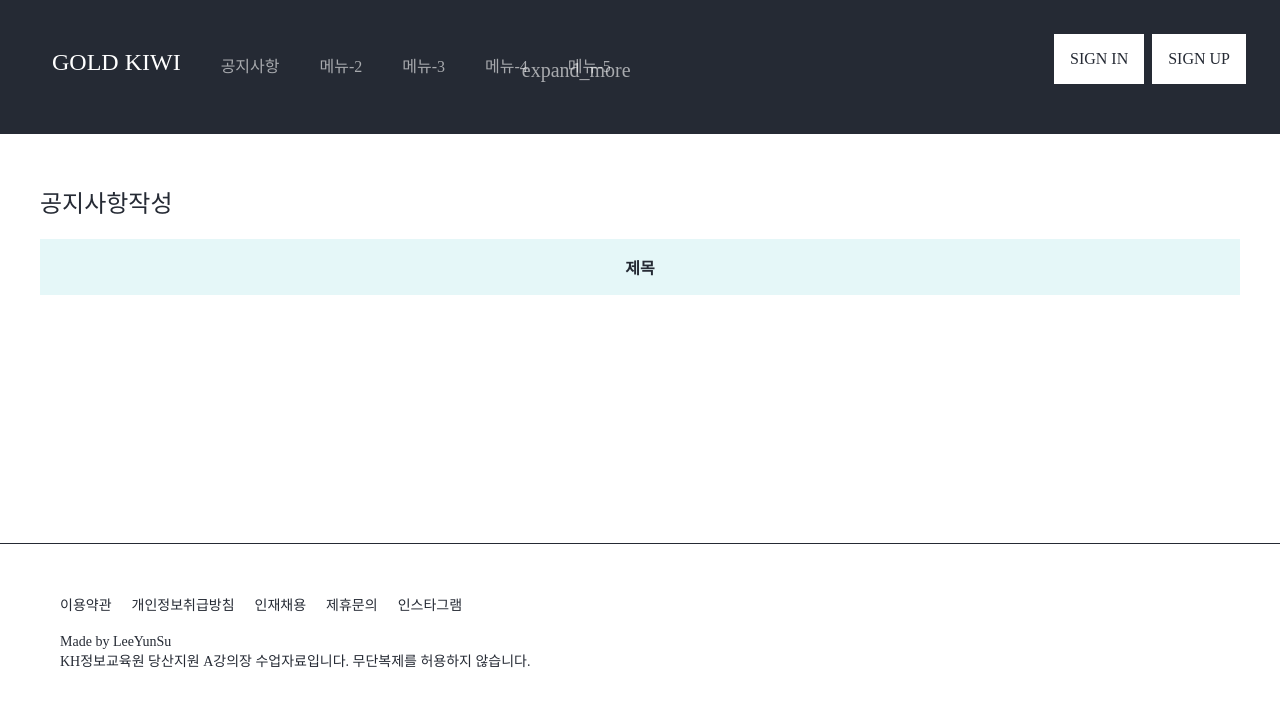
Repository: RiboKim/web-workspace
Page: http://localhost/07_mvc2WebProject/noticeWriteFrm.do
An editor plug-in stored every save of this project. The page is shown before and after the next save, followed by the edit.
The browser window is 1280 px wide. The pictures show the whole page.
Some web fonts or font styles are not loaded; a fallback is used. The page is served by Tomcat 9. Other server files are loaded and not shown.

Above is the page before, as saved 2023-02-16 06:36:16.

### 07_mvc2WebProject/src/main/webapp/WEB-INF/views/notice/noticeWriteFrm.jsp
<%@ page language="java" contentType="text/html; charset=UTF-8"
    pageEncoding="UTF-8"%>
<!DOCTYPE html>
<html>
<head>
<meta charset="UTF-8">
<title>Insert title here</title>
</head>
<body>
	<%@include file="/WEB-INF/views/common/header.jsp" %>
	<div class="page-content">
		<div class="page-title">공지사항작성</div>
		<form action="/noticeWrite.do" method="post" enctype="multipart/form-data"> <!-- 첨부파일이 있는 경우에는 무조건 post -->
			<table class="tbl" id="noticeWrite">
				<tr class="tr-1">
					<th class="td-3">제목</th>
				</tr>
			</table>
		</form>
	</div>
	<%@include file="/WEB-INF/views/common/footer.jsp" %>
</body>
</html>

### 07_mvc2WebProject/src/main/webapp/WEB-INF/views/common/header.jsp
<%@page import="kr.or.iei.member.model.vo.Member"%>
<%@ page language="java" contentType="text/html; charset=UTF-8"
    pageEncoding="UTF-8"%>
    <%
    	Member m = (Member)session.getAttribute("m");
    %>

	<!-- 구글 아이콘 -->
    <link href="https://fonts.googleapis.com/icon?family=Material+Icons" rel="stylesheet">
    <!-- jquery -->
    <script src="/js/jquery-3.6.0.js"></script>
    <!-- 기본 CSS -->
    <link rel="stylesheet" href="/css/default.css" />
    <!-- 기본 js -->
    <script src="/js/default.js"></script>

    <header>
      <div class="site-logo">
        <a href="/">GOLD KIWI</a>
      </div>
      <nav>
        <ul class="navi">
          <li><a href="/noticeList.do">공지사항</a></li>
          <li><a href="#">메뉴-2</a></li>
          <li><a href="#">메뉴-3</a></li>
          <li><a href="#">메뉴-4</a></li>
          <li>
			<a href="#">메뉴-5</a>
            <ul class="sub-navi">
              <li><a href="#">sub-1</a></li>
              <li><a href="#">sub-2</a></li>
              <li><a href="#">sub-3</a></li>
            </ul>
           </li>
        </ul>
      </nav>
      <div class="header-link">
      <%if(m == null){ %>
        <button class="btn bc11 modal-open-btn" target="#login-modal">SIGN IN</button>
        <a class="btn bc11" href="/signupFrm.do">SIGN UP</a>
      <%}else{ %>
      <%--<a class="btn bc11" href="/mypage1.do"><%=m.getMemberName() %></a> --%>
      <%--memberId를 mypage2.do로 넘겨주는거 --%>
      <a class="btn bc11" href="/mypage2.do?memberId=<%=m.getMemberId() %>"><%=m.getMemberName() %></a>

      <a class="btn bc11" href="/logout.do">LOGOUT</a>
      <%} %>
      </div>
    </header>
    <%if(m == null) {%>
    <div id="login-modal" class="modal-bg">
      <div class="modal-wrap">
        <div class="modal-head">
          <h2>SIGN IN</h2>
          <span class="material-icons close-icon modal-close">close</span>
        </div>
        <form action="/signin.do" method="post">
        <div class="modal-content">
          <div class="input-box">
          	<label for="signId">아이디</label>
          	<input type="text" name="signId" id="signId" class="input-form" placeholder="아이디입력">
          </div>
          <div class="input-box">
          	<label for="signPw">비밀번호</label>
          	<input type="password" name="signPw" id="signPw" class="input-form" placeholder="비밀번호입력">
          </div>
          <div class="input-box link-box">
          	<a href="#">아이디/비밀번호 찾기</a>
          </div>
        </div>
        <div class="modal-foot">
          <button type="submit" class="btn bc11">로그인</button>
          <button type="button" class="btn bc1 modal-close">취소</button>
        </div>
        </form>
      </div>
    </div>
    <%}%>

### 07_mvc2WebProject/src/main/webapp/WEB-INF/views/common/footer.jsp
<%@ page language="java" contentType="text/html; charset=UTF-8"
    pageEncoding="UTF-8"%>
	<footer>
      <div class="footer-content">
        <ul>
          <li><a href="#">이용약관</a></li>
          <li><a href="#">개인정보취급방침</a></li>
          <li><a href="#">인재채용</a></li>
          <li><a href="#">제휴문의</a></li>
          <li><a href="#">인스타그램</a></li>
        </ul>
        <p>Made by LeeYunSu</p>
        <p>
          KH정보교육원 당산지원 A강의장 수업자료입니다. 무단복제를 허용하지
          않습니다.
        </p>
      </div>
    </footer>

### 07_mvc2WebProject/src/main/java/kr/or/iei/notice/model/controller/NoticeWriteFrmServlet.java
package kr.or.iei.notice.model.controller;

import java.io.IOException;

import javax.servlet.RequestDispatcher;
import javax.servlet.ServletException;
import javax.servlet.annotation.WebServlet;
import javax.servlet.http.HttpServlet;
import javax.servlet.http.HttpServletRequest;
import javax.servlet.http.HttpServletResponse;

/**
 * Servlet implementation class NoticeWriteFrmServlet
 */
@WebServlet(name = "NoticeWriteFrm", urlPatterns = { "/noticeWriteFrm.do" })
public class NoticeWriteFrmServlet extends HttpServlet {
	private static final long serialVersionUID = 1L;

    /**
     * @see HttpServlet#HttpServlet()
     */
    public NoticeWriteFrmServlet() {
        super();
        // TODO Auto-generated constructor stub
    }

	/**
	 * @see HttpServlet#doGet(HttpServletRequest request, HttpServletResponse response)
	 */
	protected void doGet(HttpServletRequest request, HttpServletResponse response) throws ServletException, IOException {
		//1.인코딩
		//2.값추출
		//3.비즈니스로직
		//4.결과처리
		RequestDispatcher view = request.getRequestDispatcher("/WEB-INF/views/notice/noticeWriteFrm.jsp");
		view.forward(request, response);
	}

	/**
	 * @see HttpServlet#doPost(HttpServletRequest request, HttpServletResponse response)
	 */
	protected void doPost(HttpServletRequest request, HttpServletResponse response) throws ServletException, IOException {
		// TODO Auto-generated method stub
		doGet(request, response);
	}

}

### 07_mvc2WebProject/src/main/webapp/css/default.css
/* 사용할 font 선언 */
@font-face {
  font-family: ns-thin;
  src: url(../font/NotoSansKR-Thin.otf);
}
@font-face {
  font-family: ns-light;
  src: url(../font/NotoSansKR-Light.otf);
}
@font-face {
  font-family: ns-m;
  src: url(../font/NotoSansKR-Medium.otf);
}
@font-face {
  font-family: ns-bold;
  src: url(../font/NotoSansKR-Bold.otf);
}
@font-face {
  font-family: ns-black;
  src: url(../font/NotoSansKR-Black.otf);
}
/*
    사이트 사용 색상
    balck : #252A34
    darkgray : #393E46
    lightgray : #EEEEEE
    dark-mint : #00ADB5
    mint : #08D9D6
    point-red : #FF2E63
    point-pink : #F85F73
    point-violet : #892CDC
*/
/* 전체태그 기본 margin, padding 제거 */
/* 기본 글씨 색 및 폰트 설정 */

* {
  margin: 0;
  padding: 0;
  color: #252a34;
  font-family: ns-m;
}
body {
  display: flex;
  flex-direction: column;
  min-height: 100vh;
}
/* 기본화면 레이아웃 */
a {
  text-decoration: none;
}
header {
  background-color: #252a34;
  padding: 32px;
  display: flex;
  min-width: 1200px;
}
header > *:not(.header-link) {
  float: left;
}
header > .site-logo {
  padding: 0px 20px;
}
header > .site-logo > a {
  color: #fff;
  font-family: ns-bold;
  font-size: 24px;
  line-height: 60px;
}
header > nav {
  flex-grow: 1;
}

header > nav > .navi {
  list-style-type: none;
}
header > nav > .navi > li {
  float: left;
  position: relative;
}
header > nav > .navi > li > a {
  display: block;
  color: rgba(255, 255, 255, 0.6);
  padding: 5px 20px;
  transition-duration: 0.5s;
  line-height: 60px;
}
header > nav > .navi > li:hover > a,
header > nav > .navi > li:hover > a + span {
  color: rgba(255, 255, 255, 1);
}
header > nav > .navi > li:hover > .sub-navi {
  display : block;
}
header > nav .sub-navi {
  position: absolute;
  background-color: #fff;
  list-style-type: none;
  display: none;
  border: 1px solid rgba(0, 0, 0, 0.2);
  left: 10px;
  min-width: 10rem;
}
header > nav .sub-navi > li {
  padding: 0.25rem 1rem;
}
header > nav .sub-navi > li > a {
  display: block;
}
header > nav .sub-navi > li:hover {
  background-color: rgba(0, 0, 0, 0.05);
}
.material-icons.dropdown {
  font-size: 20px;
  color: rgba(255, 255, 255, 0.6);
  position: absolute;
  right: 0px;
  top: 27px;
  transition-duration: 0.5s;
}
.material-icons.dropdown:hover {
  cursor: pointer;
}
.page-content {
  width: 1200px;
  margin: 30px auto;
  margin-bottom: 10px;
  flex-grow: 1;
}
.page-title {
  font-family: ns-bold;
  padding: 20px 0px;
  font-size: 1.5rem;
}
footer {
  padding: 50px;
  border-top: 1px solid #252a34;
}
footer > .footer-content {
  width: 1200px;
  margin: 0 auto;
  padding: 0px 10px;
}
footer > .footer-content * {
  font-size: 14px;
}
footer > .footer-content > ul {
  list-style-type: none;
  overflow: hidden;
  margin-bottom: 20px;
}
footer > .footer-content > ul > li {
  float: left;
}
footer > .footer-content > ul > li > a {
  padding-right: 20px;
}

/* font 클래스*/
.f-thin {
  font-family: ns-thin;
}
.f-light {
  font-family: ns-light;
}
.f-medium {
  font-family: ns-m;
}
.f-bold {
  font-family: ns-bold;
}
.f-black {
  font-family: ns-black;
}

/* 글씨 색 */
.fc-1 {
  color: #252a34;
}
.fc-2 {
  color: #393e46;
}
.fc-3 {
  color: #eeeeee;
}
.fc-4 {
  color: #00adb5;
}
.fc-5 {
  color: #08d9d6;
}
.fc-6 {
  color: #ff2e63;
}
.fc-7 {
  color: #f85f73;
}
.fc-8 {
  color: #892cdc;
}

/* 배경 색*/
.bg-1 {
  background-color: #252a34;
}
.bg-2 {
  background-color: #393e46;
}
.bg-3 {
  background-color: #eeeeee;
}
.bg-4 {
  background-color: #00adb5;
}
.bg-5 {
  background-color: #08d9d6;
}
.bg-6 {
  background-color: #ff2e63;
}
.bg-7 {
  background-color: #f85f73;
}
.bg-8 {
  background-color: #892cdc;
}

/* 테이블 디자인 */
.tbl {
  width: 100%;
  border-spacing: 0px;
  border-collapse: collapse;
}
.tbl th,
.tbl td {
  padding: 1rem;
  text-align: center;
}
.tbl .tr-1 {
  background-color: rgba(255, 255, 255, 1);
}
.tbl .tr-2 {
  background-color: rgba(57, 62, 70, 0.1);
}
.tbl .tr-3 {
  background-color: rgba(0, 173, 181, 0.1);
}
.tbl .tr-4 {
  background-color: rgba(137, 44, 220, 0.1);
}
.tbl .tr-5 {
  background-color: rgba(255, 46, 999, 0.1);
}
.tbl .td-1 {
  background-color: rgba(255, 255, 255, 1);
}
.tbl .td-2 {
  background-color: rgba(57, 62, 70, 0.1);
}
.tbl .td-3 {
  background-color: rgba(0, 173, 181, 0.1);
}
.tbl .td-4 {
  background-color: rgba(137, 44, 220, 0.1);
}
.tbl .td-5 {
  background-color: rgba(255, 46, 999, 0.1);
}
.tbl.tbl-hover .tr-1:hover {
  background-color: rgba(0, 0, 0, 0.05);
}
.tbl.tbl-hover .tr-2:hover {
  background-color: rgba(57, 62, 70, 0.15);
}
.tbl.tbl-hover .tr-3:hover {
  background-color: rgba(0, 173, 181, 0.15);
}
.tbl.tbl-hover .tr-4:hover {
  background-color: rgba(137, 44, 220, 0.15);
}
.tbl.tbl-hover .tr-5:hover {
  background-color: rgba(255, 46, 999, 0.15);
}

/* 버튼 디자인 */
.btn {
  border: none;
  padding: 1rem;
  display: inline-block;
  box-sizing: border-box;
  transition-duration: 0.5s;
  font-size: 16px;
  font-family: ns-light;
}
.bc1 {
  background-color: rgba(37, 42, 52, 0.9);
  color: #fff;
  border: 2px solid rgba(37, 42, 52, 0.9);
}
.bc1:hover {
  background-color: rgba(37, 42, 52, 1);
  cursor: pointer;
}
.bc2 {
  background-color: rgba(57, 62, 70, 0.9);
  color: #fff;
  border: 2px solid rgba(57, 62, 70, 0.9);
}
.bc2:hover {
  background-color: rgba(57, 62, 70, 1);
  cursor: pointer;
}
.bc3 {
  background-color: rgba(238, 238, 238, 0.9);
  color: #252a34;
  border: 2px solid rgba(238, 238, 238, 0.9);
}
.bc3:hover {
  background-color: rgba(238, 238, 238, 1);
  cursor: pointer;
}
.bc4 {
  background-color: rgba(0, 173, 181, 0.9);
  color: #fff;
  border: 2px solid rgba(0, 173, 181, 0.9);
}
.bc4:hover {
  background-color: rgba(0, 173, 181, 1);
  cursor: pointer;
}
.bc5 {
  background-color: rgba(8, 217, 214, 0.9);
  color: #fff;
  border: 2px solid rgba(8, 217, 214, 0.9);
}
.bc5:hover {
  background-color: rgba(8, 217, 214, 1);
  cursor: pointer;
}
.bc6 {
  background-color: rgba(255, 46, 99, 0.9);
  color: #fff;
  border: 2px solid rgba(255, 46, 99, 0.9);
}
.bc6:hover {
  background-color: rgba(255, 46, 99, 1);
  cursor: pointer;
}
.bc7 {
  background-color: rgba(248, 95, 115, 0.9);
  color: #fff;
  border: 2px solid rgba(248, 95, 115, 0.9);
}
.bc7:hover {
  background-color: rgba(248, 95, 115, 1);
  cursor: pointer;
}
.bc8 {
  background-color: rgba(137, 44, 220, 0.9);
  color: #fff;
  border: 2px solid rgba(137, 44, 220, 0.9);
}
.bc8:hover {
  background-color: rgba(137, 44, 220, 1);
  cursor: pointer;
}
.bc11 {
  color: rgba(37, 42, 52, 1);
  background-color: #fff;
  border: 2px solid rgba(37, 42, 52, 1);
}
.bc11:hover {
  background-color: rgba(37, 42, 52, 1);
  cursor: pointer;
  color: #fff;
}
.bc22 {
  color: rgba(57, 62, 70, 1);
  background-color: #fff;
  border: 2px solid rgba(57, 62, 70, 1);
}
.bc22:hover {
  background-color: rgba(57, 62, 70, 1);
  cursor: pointer;
  color: #fff;
}
.bc33 {
  color: rgba(37, 42, 52, 1);
  background-color: #fff;
  border: 2px solid rgba(238, 238, 238, 1);
}
.bc33:hover {
  background-color: rgba(238, 238, 238, 1);
  cursor: pointer;
  color: rgba(37, 42, 52, 1);
}
.bc44 {
  color: rgba(0, 173, 181, 1);
  background-color: #fff;
  border: 2px solid rgba(0, 173, 181, 1);
}
.bc44:hover {
  background-color: rgba(0, 173, 181, 1);
  color: #fff;
  cursor: pointer;
}
.bc55 {
  color: rgba(8, 217, 214, 1);
  background-color: #fff;
  border: 2px solid rgba(8, 217, 214, 1);
}
.bc55:hover {
  background-color: rgba(8, 217, 214, 1);
  color: #fff;
  cursor: pointer;
}
.bc66 {
  color: rgba(255, 46, 99, 1);
  background-color: #fff;
  border: 2px solid rgba(255, 46, 99, 1);
}
.bc66:hover {
  background-color: rgba(255, 46, 99, 1);
  color: #fff;
  cursor: pointer;
}
.bc77 {
  color: rgba(248, 95, 115, 1);
  background-color: #fff;
  border: 2px solid rgba(248, 95, 115, 1);
}
.bc77:hover {
  background-color: rgba(248, 95, 115, 1);
  color: #fff;
  cursor: pointer;
}
.bc88 {
  color: rgba(137, 44, 220, 1);
  background-color: #fff;
  border: 2px solid rgba(137, 44, 220, 1);
}
.bc88:hover {
  background-color: rgba(137, 44, 220, 1);
  color: #fff;
  cursor: pointer;
}
.bs1 {
  padding: 1rem;
}
.bs2 {
  padding: 1.5rem;
  font-size: 1.1em;
}
.bs3 {
  padding: 2rem;
  font-size: 1.2em;
}
.bs4 {
  width: 100%;
  padding: 2rem;
  font-size: 1.2em;
}
/* input 디자인 */
.input-form {
  width: 100%;
  display: block;
  padding: 0.8rem;
  background-color: #fff;
  outline: none;
  border: 1px solid #ccc;

  box-sizing: border-box;
}
.input-form:focus {
  box-shadow: 0 0 0 0.1rem #eee;
}

textarea.input-form {
  resize: none;
  min-height: 300px;
}
.input-form:read-only:not(select),
.input-form:disabled {
  background-color: #f7f7f9;
}
/* 페이징 디자인 */
.pagination {
  list-style-type: none;
  display: flex;
  justify-content: center;
  align-items: center;
}
.pagination > li {
  width: 40px;
  height: 40px;
  text-align: center;
  line-height: 40px;
  overflow: hidden;
}
.pagination.circle-style > li {
  border-radius: 50%;
}
.pagination > li > a.page-item {
  display: block;
  width: 100%;
  height: 100%;
  font-size: 18px;
}
.pagination > li > a.page-item > span.material-icons {
  display: block;
  width: 100%;
  height: 100%;
  line-height: 40px;
}
.pagination .page-item.active-page {
  background-color: #252a34;
  color: #fff;
}
/*게시물 표현*/
.posting-wrap {
  display: flex;
  flex-wrap: wrap;
}
.posting-wrap .posting-item {
  box-sizing: border-box;
  width: calc(100% / 5);
  padding: 20px;
}
.posting-wrap .posting-item .posting-img img {
  width: 100%;
  height: 200px;
}
.posting-wrap .posting-item .posting-content {
  width: 80%;
  margin: 0 auto;
}
.posting-wrap .posting-item:hover {
  box-shadow: 0 2px 10px 0 rgba(0, 0, 0, 0.2);
}
/* 댓글 */
.posting-comment {
  display: flex;
  border-top: 2px solid #ccc;

  list-style-type: none;
}
.posting-comment > li {
  box-sizing: border-box;
}
.posting-comment > li:first-child {
  width: 15%;
  display: flex;
  justify-content: center;
  align-items: center;
  min-height: 100px;
  border-right: 1px solid #ccc;
}
.posting-comment.reply > li:first-child {
  width: 20%;
}
.posting-comment > li:first-child .material-icons {
  font-size: 80px;
  color: #ccc;
}
.posting-comment.reply > li:first-child .material-icons:first-child {
  font-size: 40px;
  color: #ccc;
}
.posting-comment.reply > li:last-child {
  display: flex;
  flex-direction: column;
  width: 80%;
}
.posting-comment > li:last-child {
  display: flex;
  flex-direction: column;
  width: 85%;
}
.posting-comment > li:last-child > p {
  width: 100%;
  padding: 5px;
  box-sizing: border-box;
}
.posting-comment > li:last-child > .comment-info > span {
  padding: 0px 10px;
}
.posting-comment > li:last-child > .comment-info > span:not(:last-child) {
  border-right: 2px solid #ccc;
}
.posting-comment > li:last-child > .comment-content {
  padding: 0px 15px;
}
.posting-comment > li:last-child > .comment-link {
  text-align: right;
}
.posting-comment > li:last-child > .comment-link > a {
  margin: 0px 5px;
}
.posting-comment > li:last-child > .comment-link > a:hover {
  text-decoration: underline;
}

/*모달*/
.modal-bg {
  background-color: rgba(0, 0, 0, 0.3);
  position: fixed;
  width: 100%;
  height: 100vh;
  display: none;
  align-items: center;
  flex-direction: column;
}
.modal-wrap {
  margin-top: 150px;
  width: 600px;
  background: #fff;
  height: auto;
}
.modal-wrap div {
  padding: 1rem;
}
.modal-wrap div:not(:last-child) {
  border-bottom: 1px solid #ccc;
}
.modal-wrap .modal-foot {
  text-align: right;
}
.modal-wrap div.modal-head {
  position: relative;
}
.close-icon {
  position: absolute;
  top: 16px;
  right: 16px;
  font-size: 30px;
}
.close-icon:hover {
  cursor: pointer;
}

### 07_mvc2WebProject/src/main/webapp/js/default.js
$(function () {
  $(document).on("click", ".modal-open-btn", function () {
    $($(this).attr("target")).css("display", "flex");
  });
  $(document).on("click", ".modal-close", function () {
    $(this).parents(".modal-wrap").parent().css("display", "none");
  });
  $(".sub-navi").prev().after("<span class='material-icons dropdown'>expand_more</span>");
});
function alertFunc(icon){
	swal({
        title: '제목',
        text: '내용내용내용',
        icon: icon
      });
      //이후 페이지 이동 시 추가
      /*
      .then(function(){
    	 window.location = "${loc}";
      });
      */
}

Loaded but not shown: 07_mvc2WebProject/src/main/webapp/js/jquery-3.6.0.js (library)

After the next save:
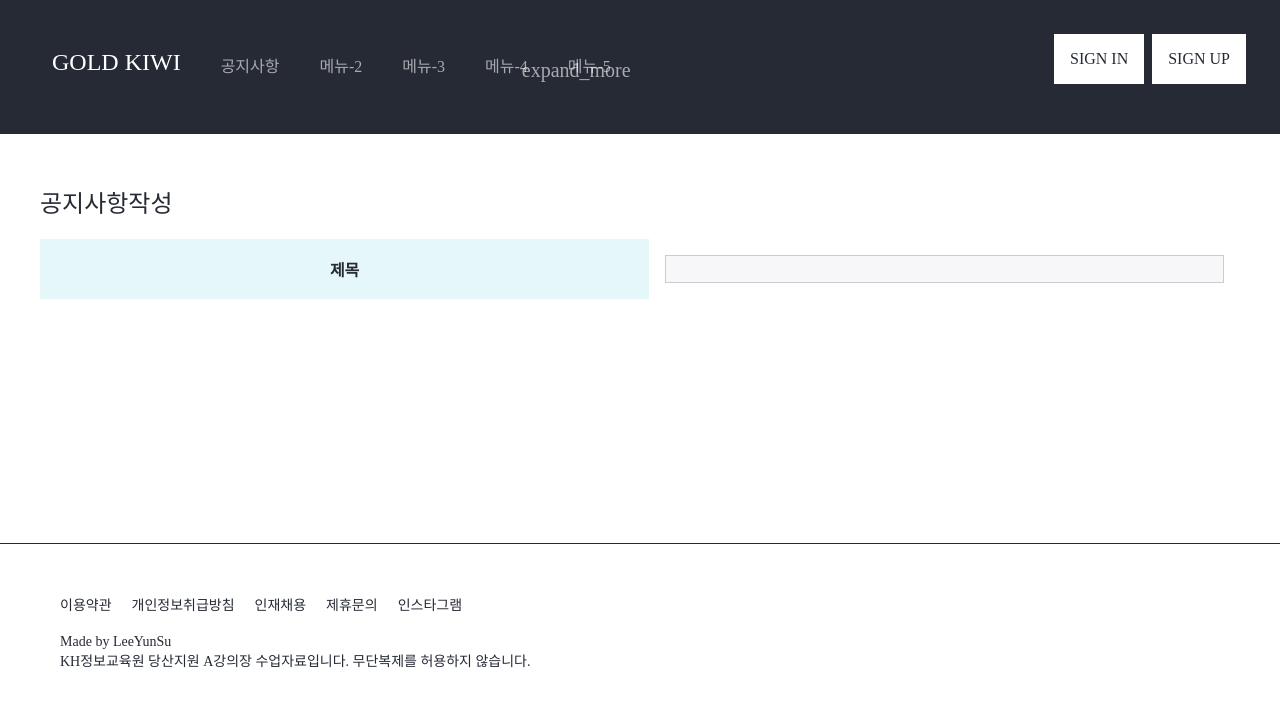
Saved 66 s later.
--- a/07_mvc2WebProject/src/main/webapp/WEB-INF/views/notice/noticeWriteFrm.jsp
+++ b/07_mvc2WebProject/src/main/webapp/WEB-INF/views/notice/noticeWriteFrm.jsp
@@ -14,6 +14,9 @@
 			<table class="tbl" id="noticeWrite">
 				<tr class="tr-1">
 					<th class="td-3">제목</th>
+					<td colspan="3">
+						<intpu type="text" name="noticeTitle" class="input-form">
+					</td>
 				</tr>
 			</table>
 		</form>
